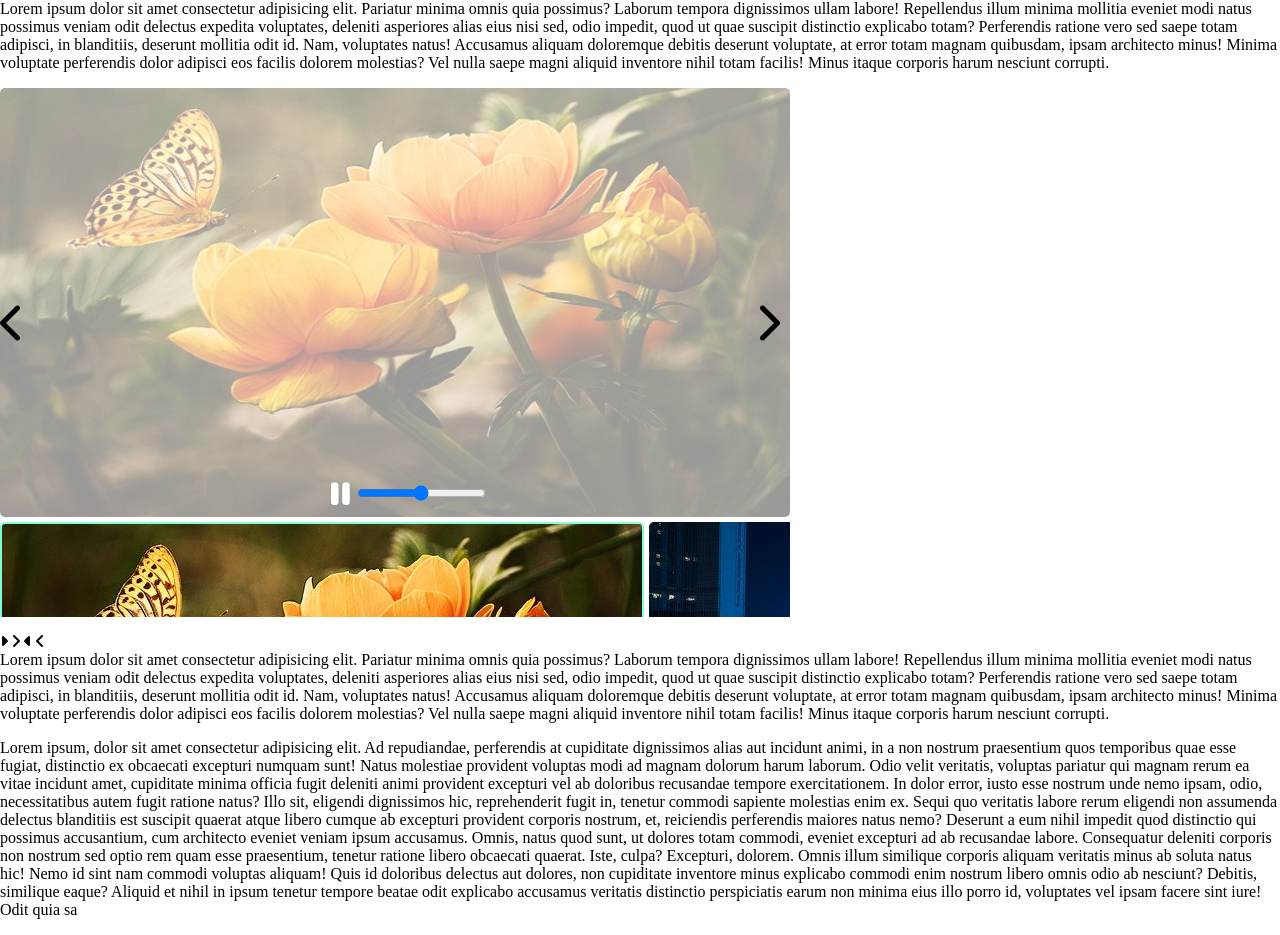
Repository: StevieC87/ASSIGNMENT3
Page: Slideshow/imgGallery.html
The author's editor kept a copy of each file at every save. The page is drawn from the files as they stood at one save, then again after the next save.
The browser window is 1280 px wide. The pictures show the whole page.

Above is the page before, as saved 2022-02-27 23:49:10.

After the next save:
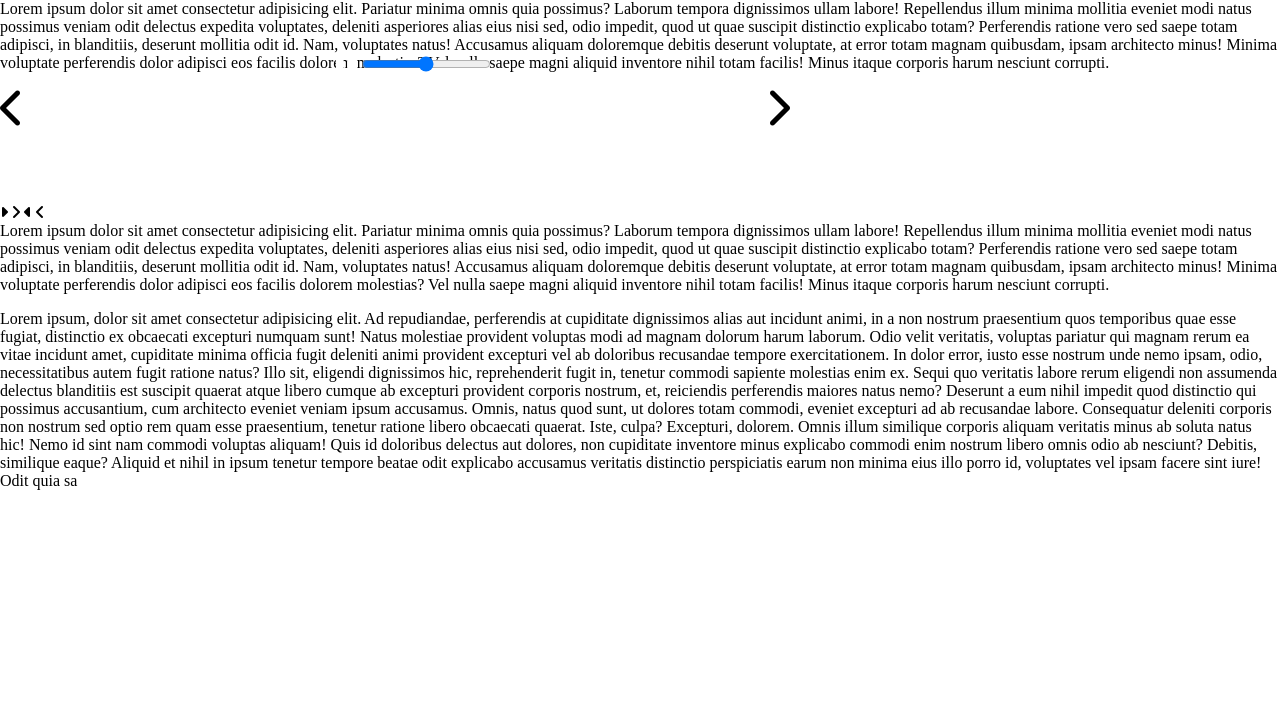
Console error: ReferenceError: orientationthumb is not defined
Saved 23 s later.
--- a/Slideshow/imgGallery.js
+++ b/Slideshow/imgGallery.js
@@ -70,13 +70,14 @@
             else if (orientation === 'landscape') {
                 orientationthumb = 'thumb-landscape'
             }
-            let imgid = 'thumb' + index; //create new imgid
-            let slideDynamicNew = `<img id="${imgid}" class="thumb ${orientationthumb}" src="${myImages[index]}">`; //create img with template literal
-            //create div to put new img as innerHTML, then append it thumbnail container
-            let divfirst = document.createElement('div');
-            divfirst.innerHTML = slideDynamicNew;
-            parentdivthumb.appendChild(divfirst);
         }, 200);
+        let imgid = 'thumb' + index; //create new imgid
+        let slideDynamicNew = `<img id="${imgid}" class="thumb ${orientationthumb}" src="${myImages[index]}">`; //create img with template literal
+        //create div to put new img as innerHTML, then append it thumbnail container
+        let divfirst = document.createElement('div');
+        divfirst.innerHTML = slideDynamicNew;
+        parentdivthumb.appendChild(divfirst);
+
     });
 };
 thumbnails(myImages);

After the save that followed:
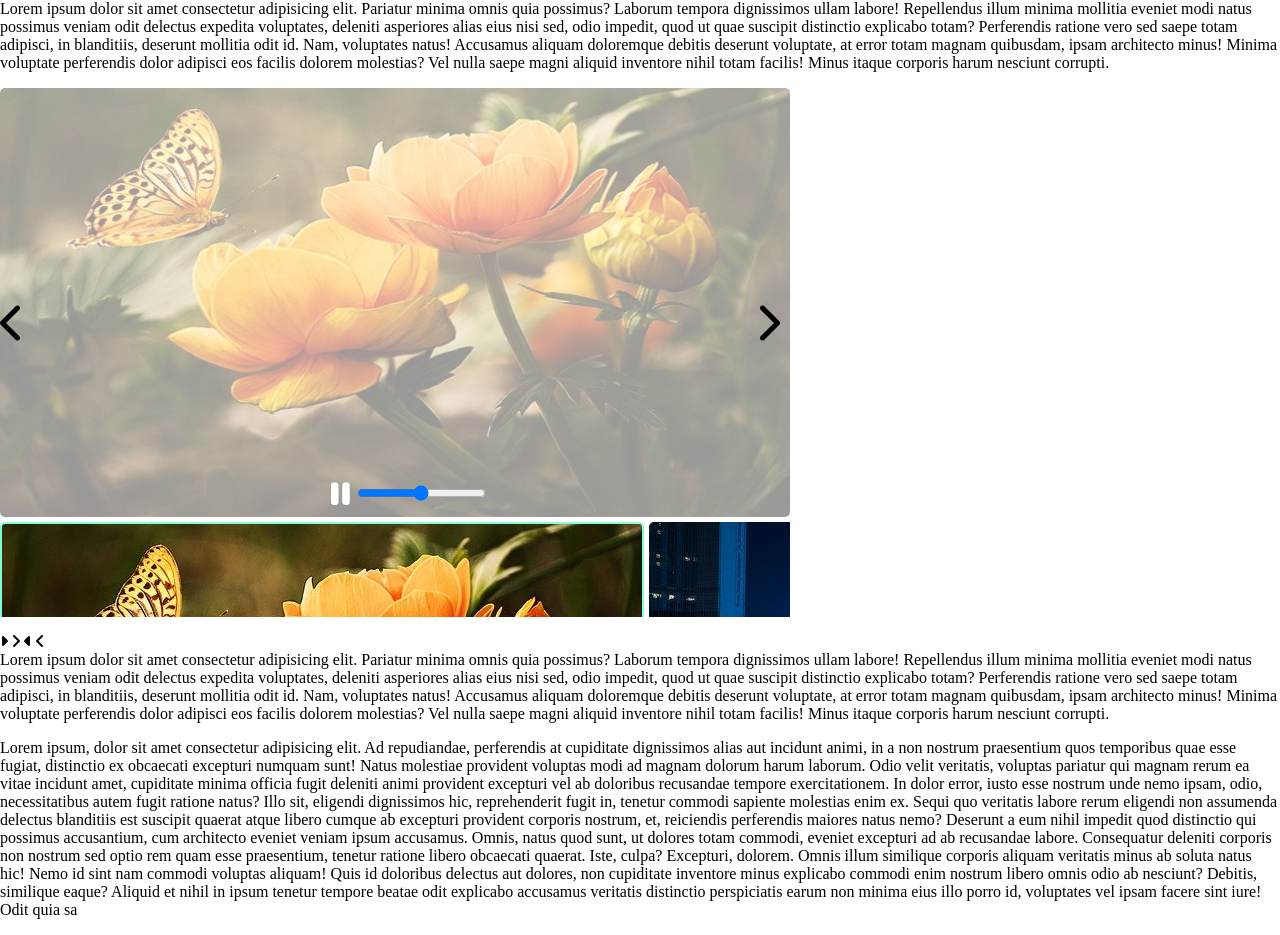
The error is gone.
Saved 14 s later.
--- a/Slideshow/imgGallery.js
+++ b/Slideshow/imgGallery.js
@@ -70,14 +70,13 @@
             else if (orientation === 'landscape') {
                 orientationthumb = 'thumb-landscape'
             }
+            let imgid = 'thumb' + index; //create new imgid
+            let slideDynamicNew = `<img id="${imgid}" class="thumb ${orientationthumb}" src="${myImages[index]}">`; //create img with template literal
+            //create div to put new img as innerHTML, then append it thumbnail container
+            let divfirst = document.createElement('div');
+            divfirst.innerHTML = slideDynamicNew;
+            parentdivthumb.appendChild(divfirst);
         }, 200);
-        let imgid = 'thumb' + index; //create new imgid
-        let slideDynamicNew = `<img id="${imgid}" class="thumb ${orientationthumb}" src="${myImages[index]}">`; //create img with template literal
-        //create div to put new img as innerHTML, then append it thumbnail container
-        let divfirst = document.createElement('div');
-        divfirst.innerHTML = slideDynamicNew;
-        parentdivthumb.appendChild(divfirst);
-
     });
 };
 thumbnails(myImages);
